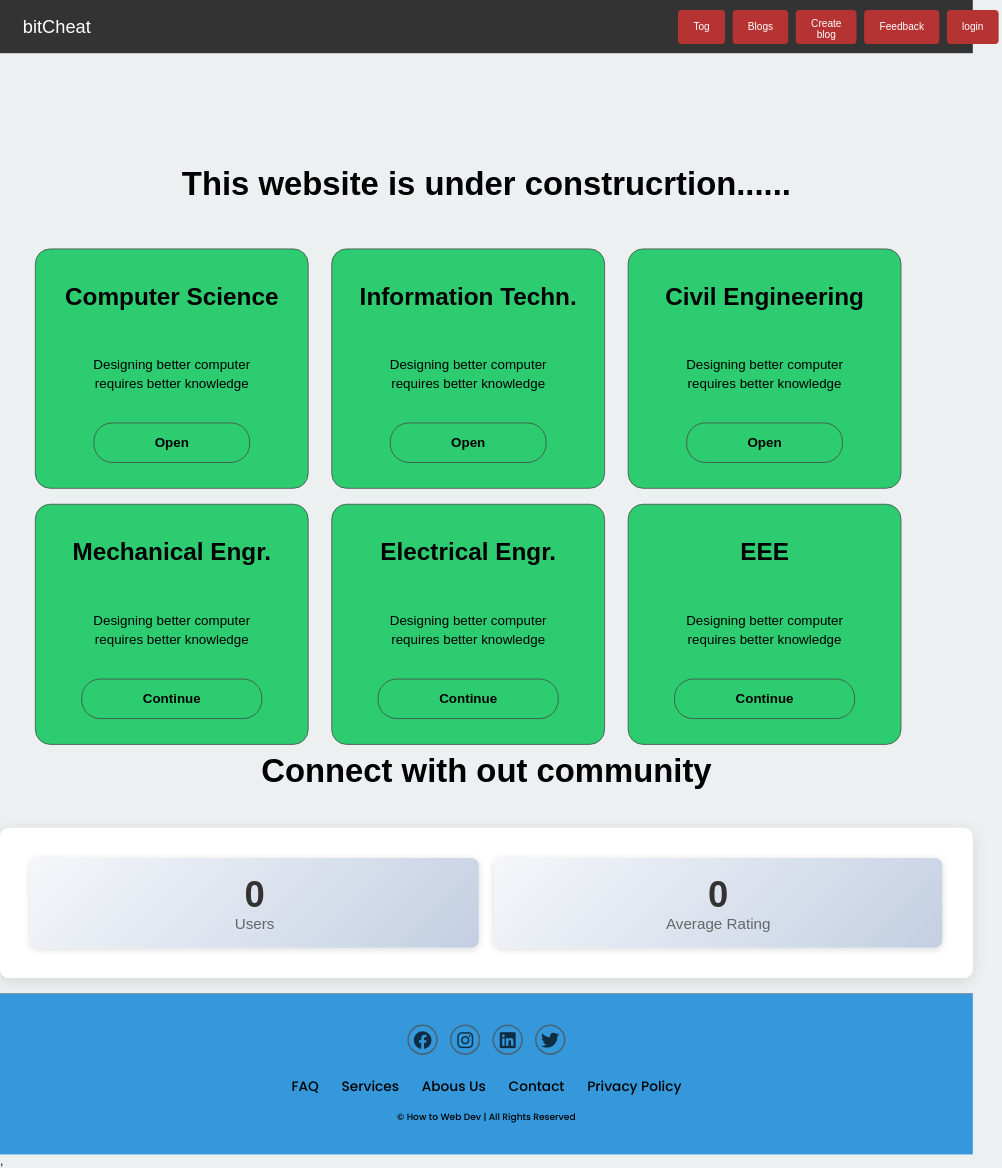
Repository: hitoutvrma/college-notes-website
Page: / (app in frontend/app/)
These files come from the project's save history. The page is drawn as it stood at one moment and after the next save; the edit follows.
The browser window is 1280 px wide. The page is 1319 px wide, so the pictures cover 1319 px, including what lies to the right of the window. The pictures show the whole page, at 76% of full size.
Some web fonts or font styles are not loaded; a fallback is used. The project was rebuilt for these pictures with package versions that can differ from the ones it lists, and the page was loaded fresh each time. Also part of the build but not shown: frontend/app/src/components/Header.js, frontend/app/src/components/css/NotesPage.css, frontend/app/src/components/NotesPage.js, frontend/app/src/components/BlogList.js, frontend/app/src/components/CreateBlog.jsx, frontend/app/src/components/Notfoundpage.js.

Above is the page before, as saved 2024-08-16 23:39:21.

After the next save:
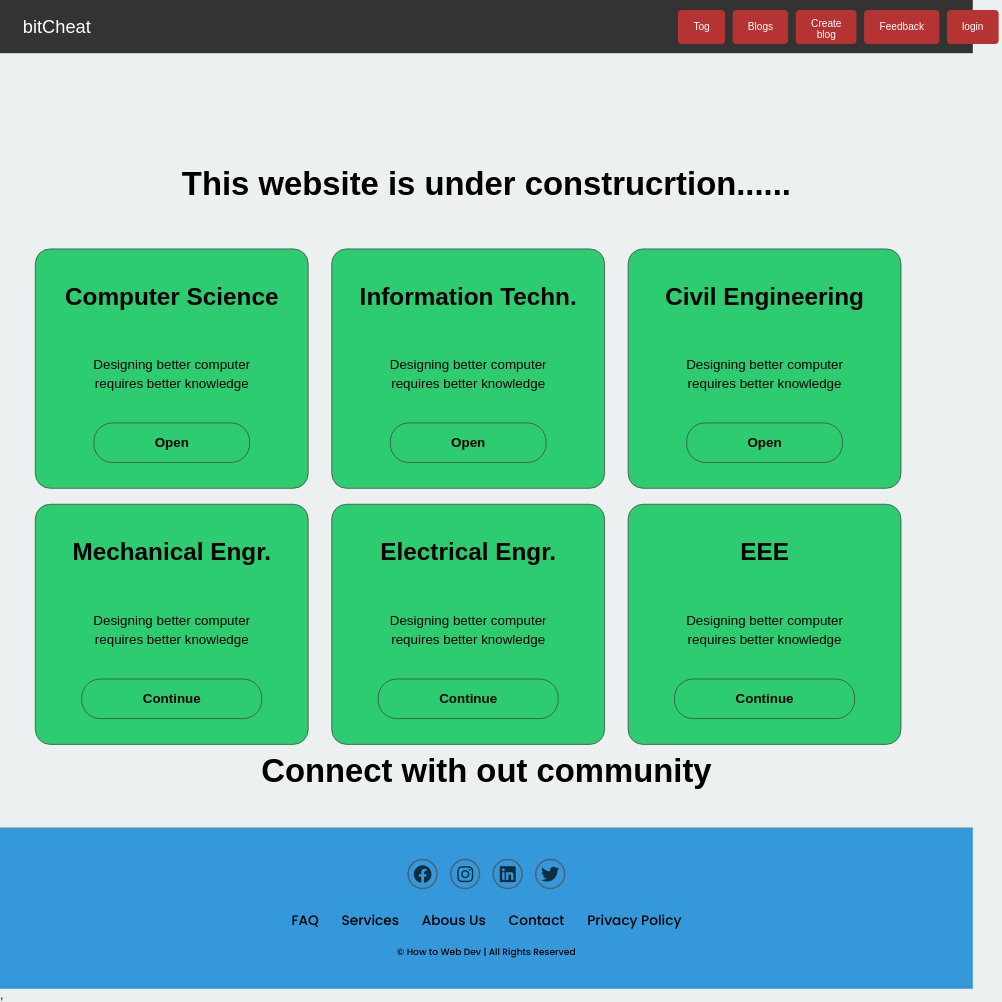
Saved 90 s later.
--- a/frontend/app/src/components/Home.js
+++ b/frontend/app/src/components/Home.js
@@ -140,7 +140,7 @@ const Home = () => {
         </div>
     </div>
     <h1 className="headings">Connect with out community</h1>
-    <UserStatistics />
+    {/* <UserStatistics /> */}
       </div>
                       </>
 
